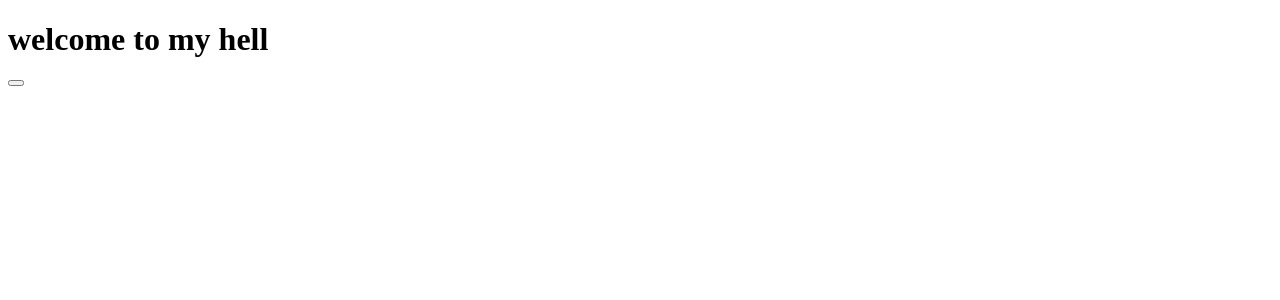
Repository: shlhhebei/record-in-work
Page: http://localhost/trans_map/
An editor plug-in stored every save of this project. The page is shown before and after the next save, followed by the edit.
The browser window is 1280 px wide. The pictures show the whole page.
The page is served by Tomcat 9. Nobody is signed in. The application's start-up code is not run.

Above is the page before, as saved 2016-10-12 06:44:20.

After the next save:
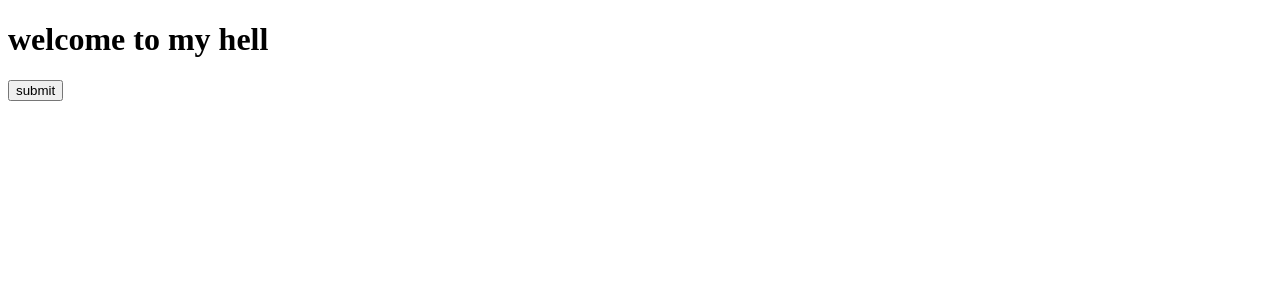
Saved 17 s later.
--- a/workspace/trans_map/WebContent/index.jsp
+++ b/workspace/trans_map/WebContent/index.jsp
@@ -9,7 +9,7 @@
 <body>
 <h1>welcome to my hell</h1>
 <form action="<c:url value='/fileOperate/to_upload.action'/>" method="post">
-	<button type="submit" name="submit"></button>
+	<button type="submit" name="submit">submit</button>
 </form>
 </body>
 </html>
